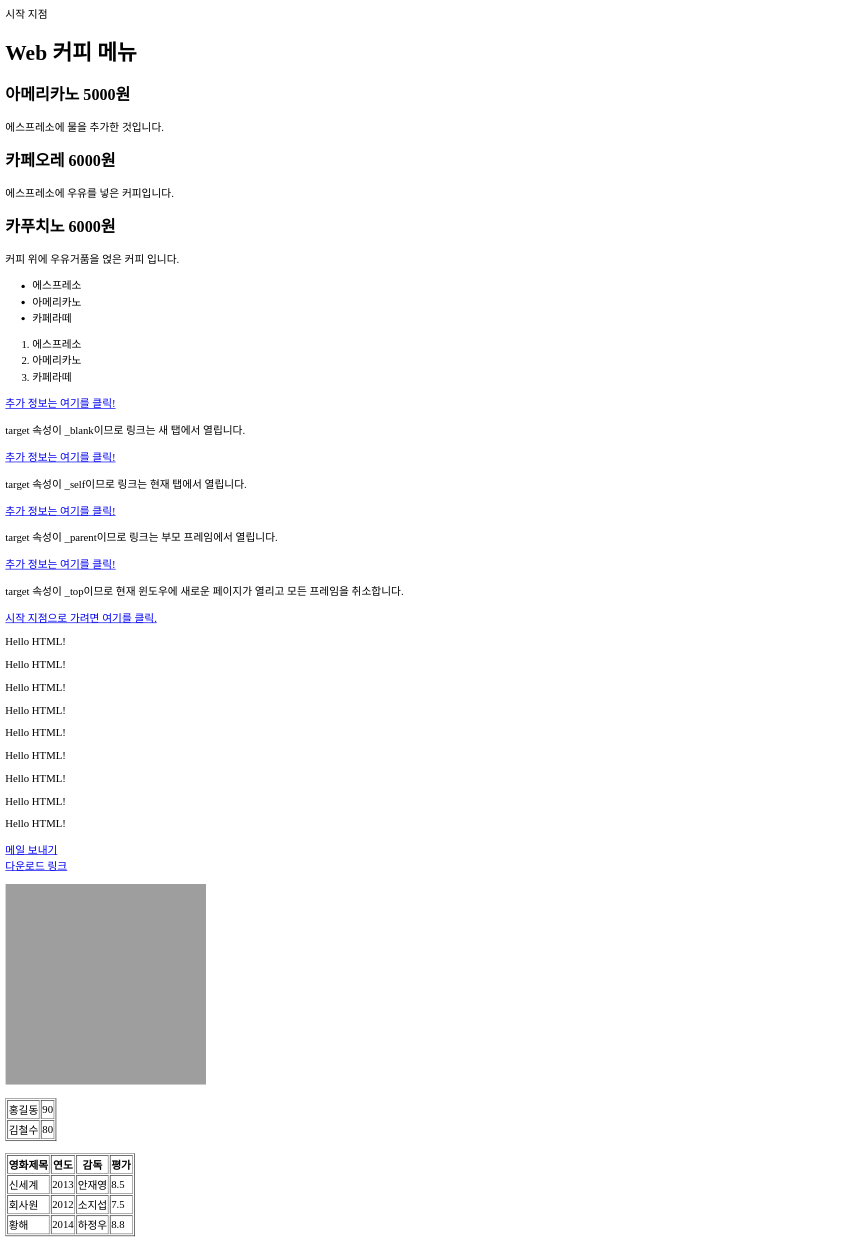
Repository: dhbaek2004/JSPex
Page: http://localhost/UX/UX_01.jsp
These files come from the project's save history. The page is drawn as it stood at one moment and after the next save; the edit follows.
The browser window is 1280 px wide. The pictures show the whole page, at 67% of full size.
Pictures or frames that could not be fetched are drawn as grey boxes. The page is served by Tomcat 9.

Above is the page before, as saved 2020-08-25 09:42:57.

After the next save:
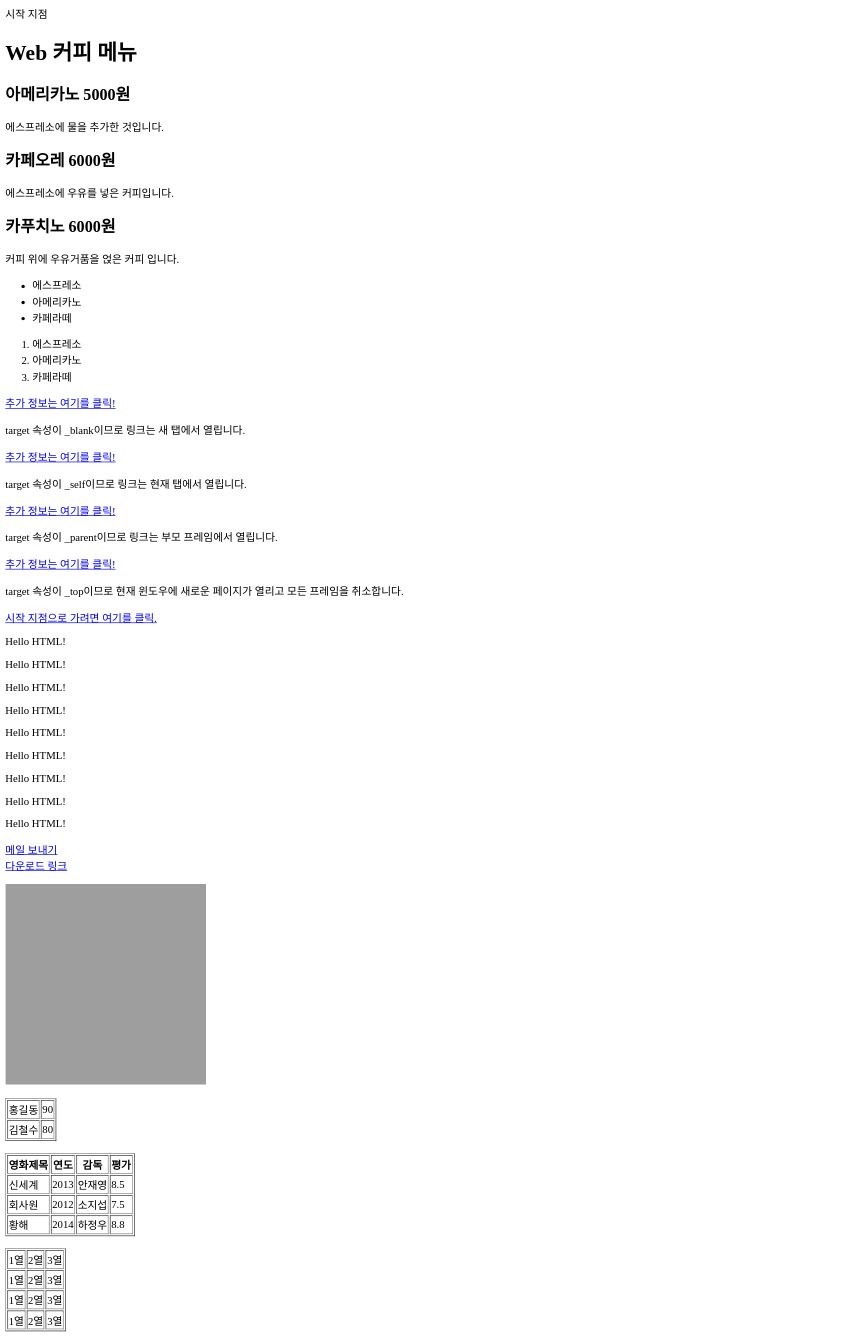
Saved 14 min 29 s later.
--- a/Infrearn/UX/UX/WebContent/UX_01.jsp
+++ b/Infrearn/UX/UX/WebContent/UX_01.jsp
@@ -103,6 +103,32 @@
 	</tr>
 	</table>
 
+	<br>
+
+	<table border="1">
+		<tr>
+			<td>1열</td>
+			<td>2열</td>
+			<td>3열</td>
+		</tr>
+		<tr>
+			<td>1열</td>
+			<td>2열</td>
+			<td>3열</td>
+		</tr>
+		<tr>
+			<td>1열</td>
+			<td>2열</td>
+			<td>3열</td>
+		</tr>
+		<tr>
+			<td>1열</td>
+			<td>2열</td>
+			<td>3열</td>
+		</tr>
+
+	</table>
+
 
 </body>
 
